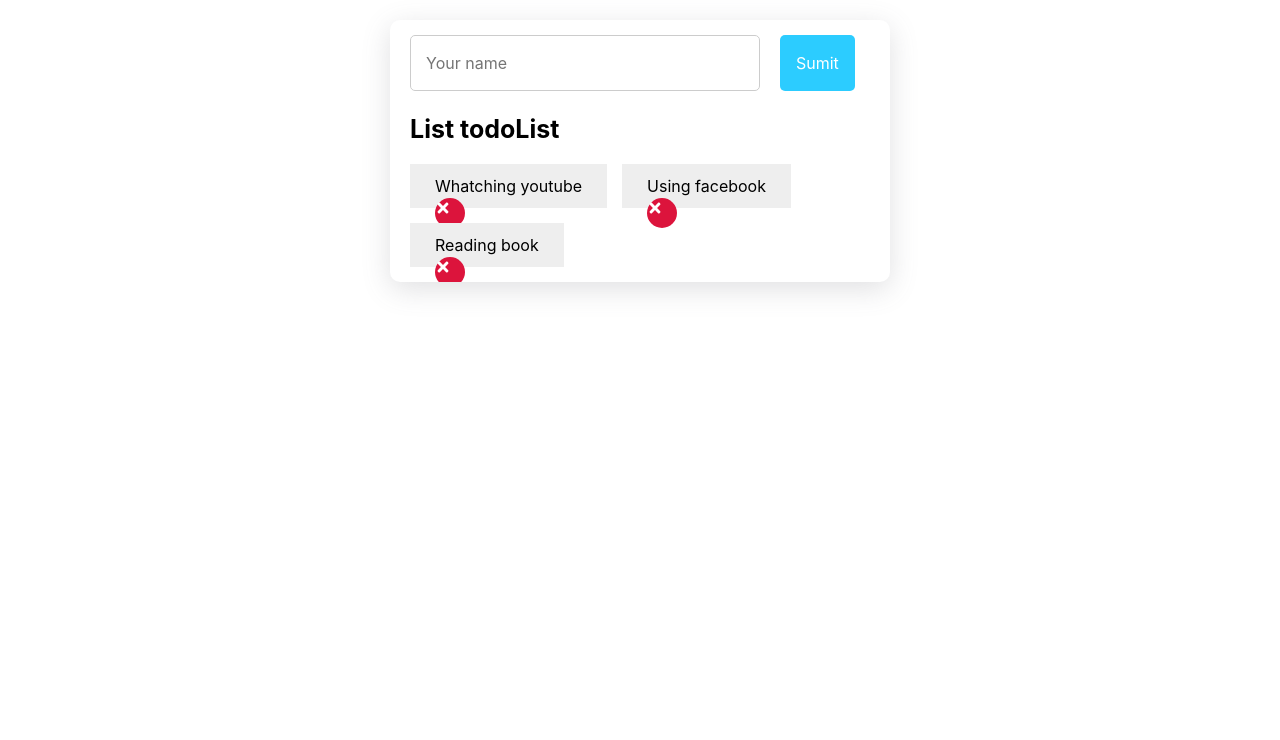
Repository: hoang0508/ReactJsHoiDanIT
Page: /weather
These files come from the project's save history. The page is drawn as it stood at one moment and after the next save; the edit follows.
The browser window is 1280 px wide. The pictures show the whole page.
The project was rebuilt for these pictures with package versions that can differ from the ones it lists, and the page was loaded fresh each time.

Above is the page before, as saved 2022-02-04 16:54:58.

After the next save:
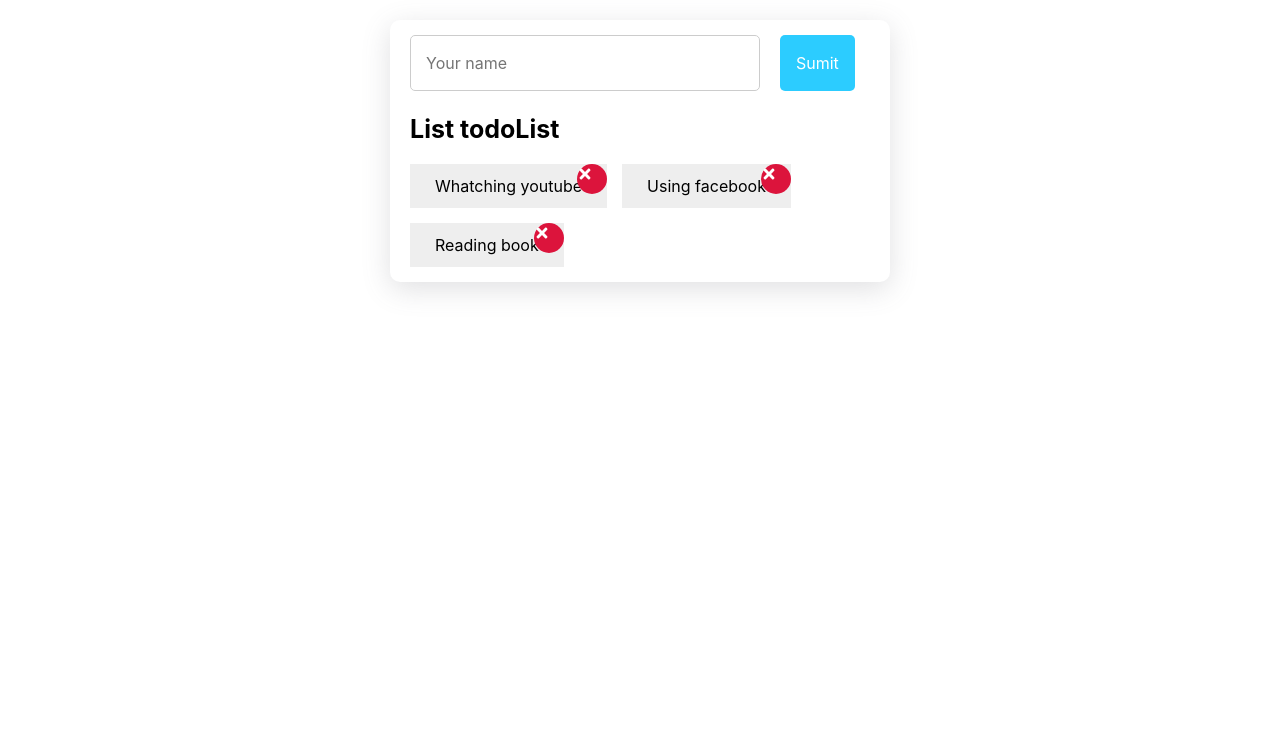
Saved 11 s later.
--- a/src/components/TodoApp/TodoList.scss
+++ b/src/components/TodoApp/TodoList.scss
@@ -50,5 +50,7 @@
     background-color: crimson;
     color: #fff;
     border-radius: 100rem;
+    top: 0;
+    right: 0;
   }
 }
